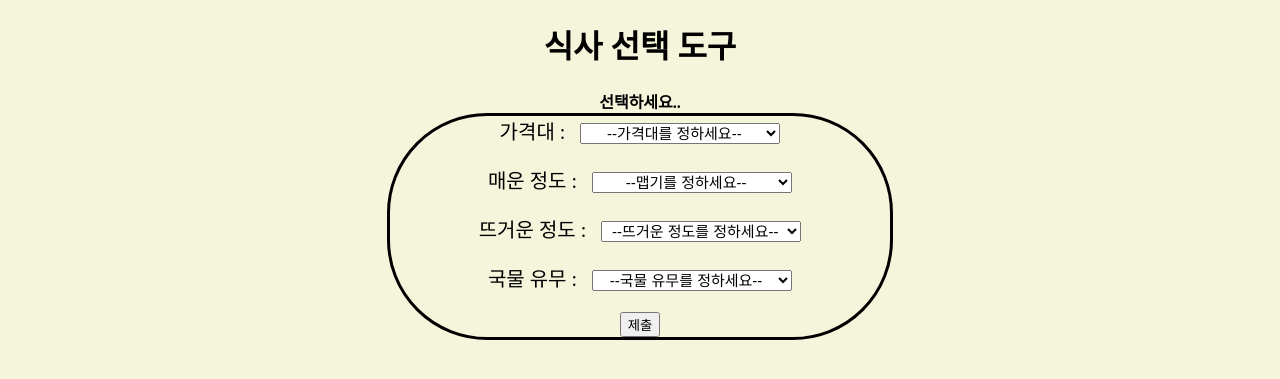
Repository: kimgh06/JavaWeb
Page: http://localhost/what/
An editor plug-in stored every save of this project. The page is shown before and after the next save, followed by the edit.
The browser window is 1280 px wide. The pictures show the whole page.
The page is served by Tomcat 9. Other server files are loaded and not shown.

Above is the page before, as saved 2022-11-04 00:56:28.

### what/src/main/webapp/index.jsp
<%@ page language="java" contentType="text/html; charset=EUC-KR"
	pageEncoding="EUC-KR"%>
<!DOCTYPE html>
<html>
<head>
<meta charset="EUC-KR">
<title>식사 선택 도구</title>
<link href="./main.css?after" rel="stylesheet" type="text/css">
</head>
<body>
	<div id="main">
		<h1>식사 선택 도구</h1>
		<b>선택하세요..</b>
		<form id="form">
			<div>
				<label>가격대 :</label> <select>
					<option value="-1">--가격대를 정하세요--</option>
					<option value="1">8000원 이하</option>
					<option value="2">13000원 이하</option>
					<option value="3">18000원 이하</option>
					<option value="4">23000원 이하</option>
					<option value="5">23000원 이상</option>
				</select>
			</div>
			<div>
				<label>매운 정도 :</label> <select>
					<option value="-1">--맵기를 정하세요--</option>
					<option value="하">맵지 않음</option>
					<option value="중">적당히 매움</option>
					<option value="상">매움</option>
				</select>
			</div>
			<div>
				<label>뜨거운 정도 :</label> <select>
					<option value="-1">--뜨거운 정도를 정하세요--</option>
					<option value="하">뜨겁지 않음</option>
					<option value="중">따뜻함</option>
					<option value="상">뜨거움</option>
				</select>
			</div>
			<div>
				<label>국물 유무 :</label> <select>
					<option value="-1">--국물 유무를 정하세요--</option>
					<option value="0">없음</option>
					<option value="1">있음</option>
				</select>
			</div>
			<button>제출</button>
		</form>
	</div>
</body>
</html>

### what/src/main/webapp/main.css
@CHARSET "UTF-8";

body{
	background-color: beige;
}

#main{
	text-align: center;
	display: block;
}

#form{
	width: 500px;
	display: block;
	border: 3px solid black;
	border-radius: 100px;
	margin:auto;
}

#form div{
	font-size: 20px;
	margin-bottom: 20px;
}
#form div select{
	text-align:center;
	margin-left: 10px;
	width:200px;
	font-size: 15px;
}

After the next save:
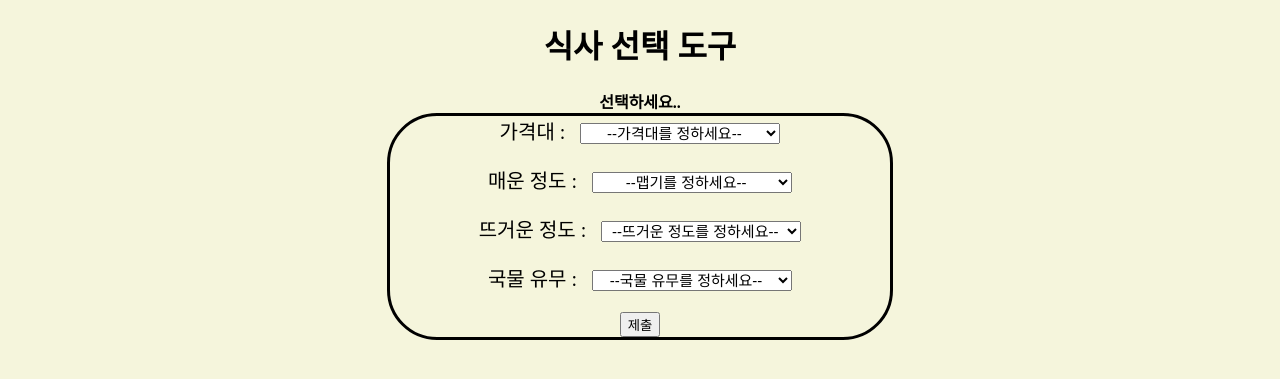
Saved 29 s later.
--- a/what/src/main/webapp/main.css
+++ b/what/src/main/webapp/main.css
@@ -13,7 +13,7 @@ body{
 	width: 500px;
 	display: block;
 	border: 3px solid black;
-	border-radius: 100px;
+	border-radius: 50px;
 	margin:auto;
 }
 
